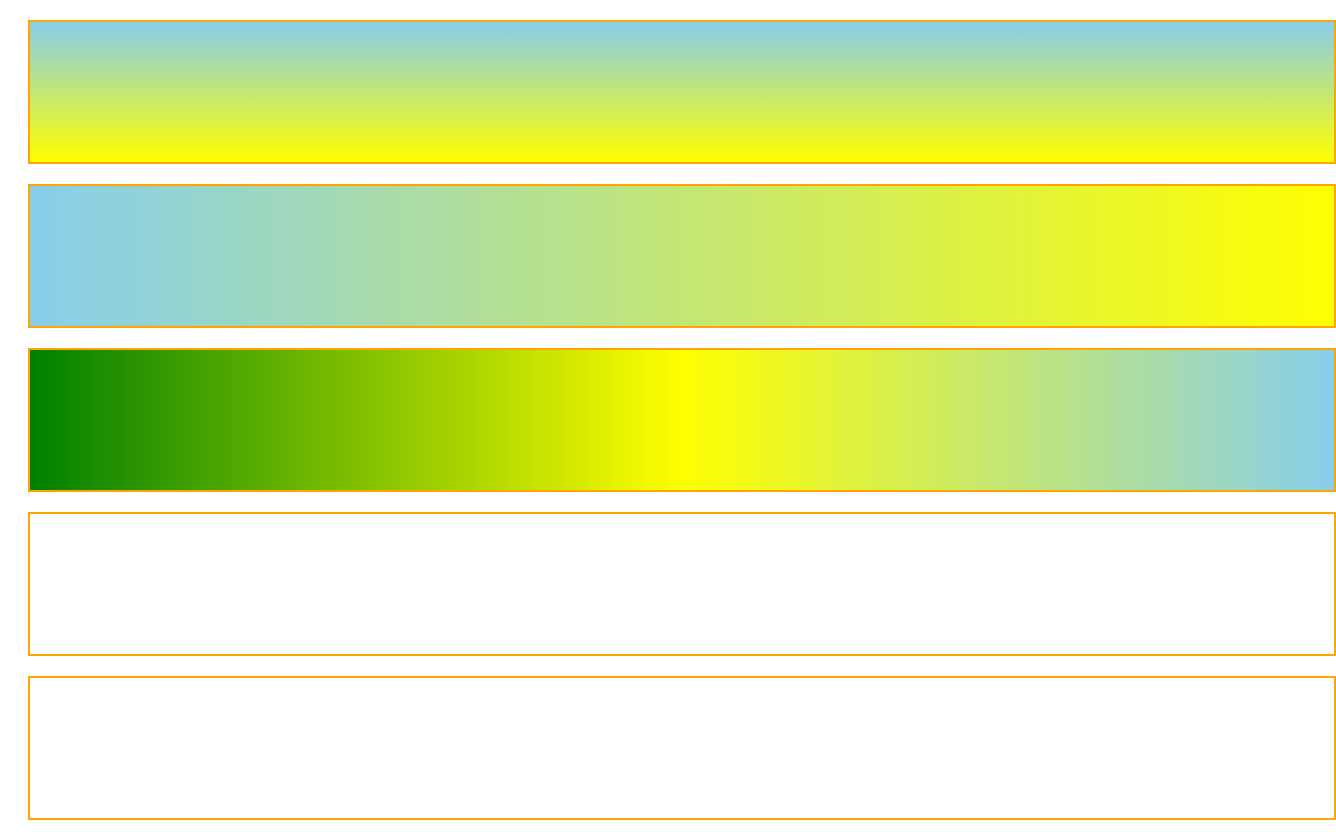
Repository: yul3220/WebProgrammingLecture
Page: webpro/WebContent/2021-01-08/백그라운드gradient.html
An editor plug-in stored every save of this project. The page is shown before and after the next save, followed by the edit.
The browser window is 1280 px wide. The page is 1336 px wide, so the pictures cover 1336 px, including what lies to the right of the window. The pictures show the whole page.

Above is the page before, as saved 2021-01-08 03:16:55.

After the next save:
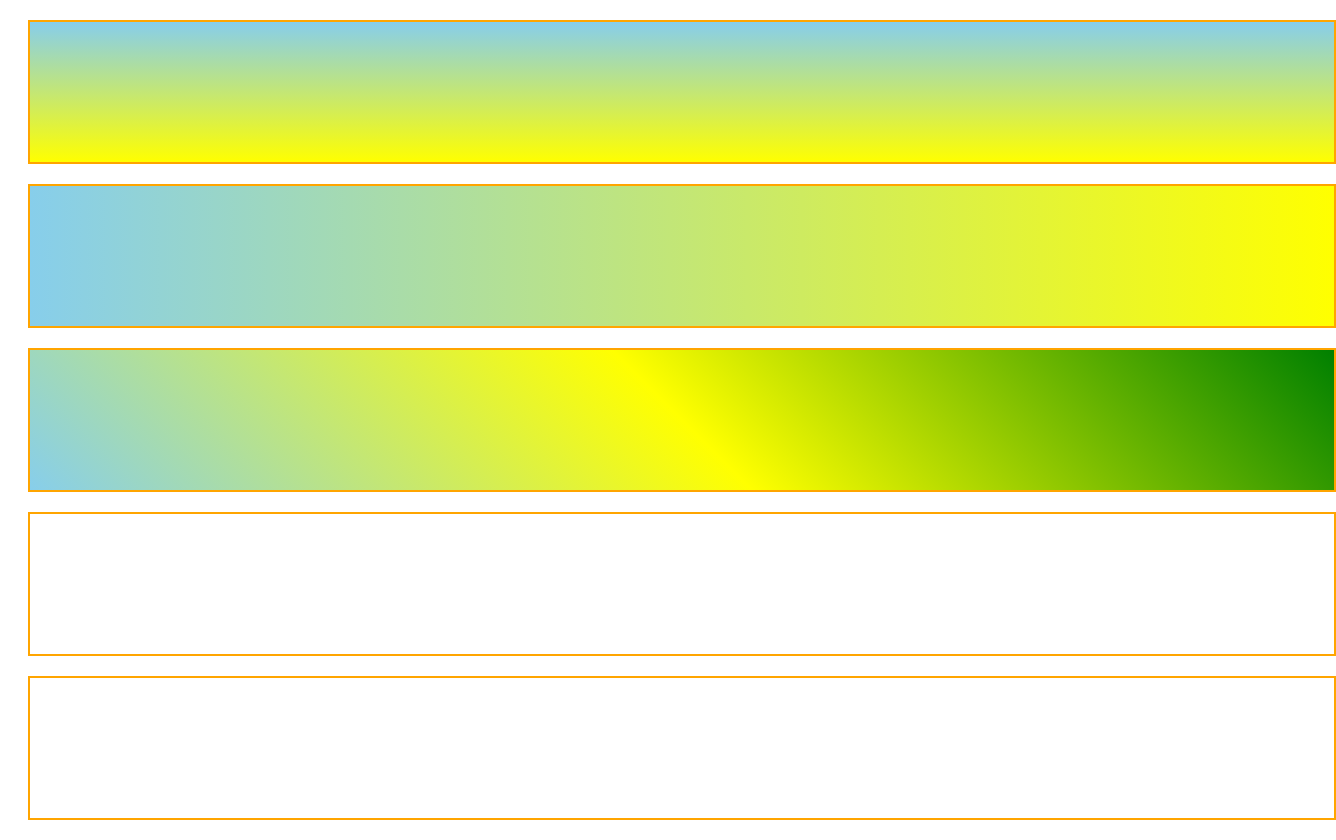
Saved 33 s later.
--- a/webpro/WebContent/2021-01-08/백그라운드gradient.html
+++ b/webpro/WebContent/2021-01-08/백그라운드gradient.html
@@ -18,7 +18,8 @@ div{
 	background-image : linear-gradient(to right, skyblue, yellow);
 }
 #d3{
-	background-image : linear-gradient(to left, skyblue, yellow, green);
+	background-image : linear-gradient(45deg, skyblue, yellow, green);
+	/*각도도 지정 가능 deg*/
 }
 </style>
 </head>
